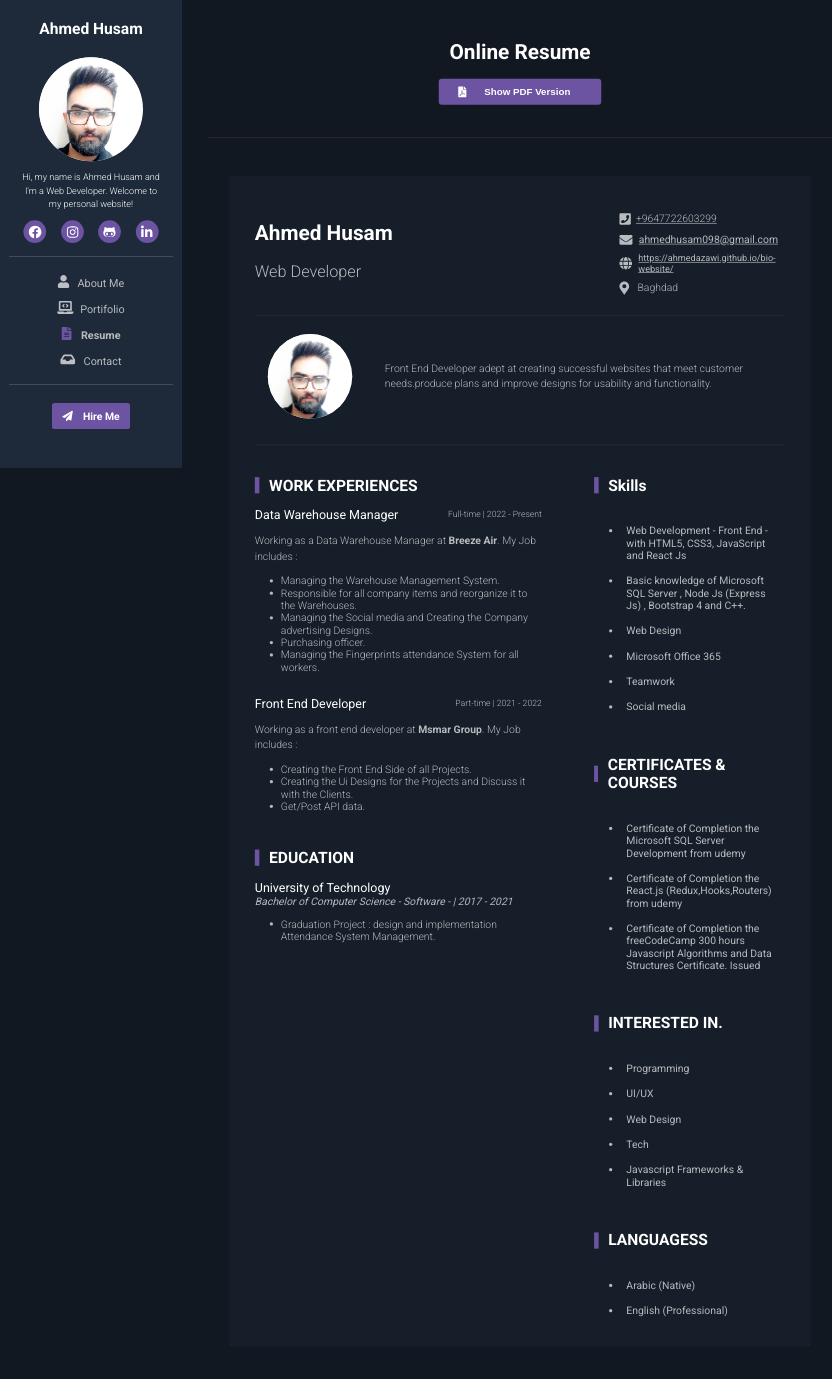
Repository: ahmedazawi/bio-website
Page: /bio-website/resume
The author's editor kept a copy of each file at every save. The page is drawn from the files as they stood at one save, then again after the next save.
The browser window is 1280 px wide. The pictures show the whole page, at 65% of full size.
The project was rebuilt for these pictures with package versions that can differ from the ones it lists, and the page was loaded fresh each time. Also part of the build but not shown: src/assets/css/routes-files/about-me.css, src/components/home/Head.js, src/assets/css/routes-files/cards.css, src/components/home/Card.js, src/components/home/Cards.js, src/components/home/PojectsCard.js, src/components/home/Projects.js, src/views/AboutMe.js and 2 more.

Above is the page before, as saved 2022-08-05 11:46:10.

### public/index.html
<!DOCTYPE html>
<html lang="en">

<head>
  <meta charset="utf-8" />
  <link rel="icon" href="%PUBLIC_URL%/favicon.ico" />
  <!-- <meta name="viewport" content="width=device-width, initial-scale=1" /> -->
  <meta name="viewport" content="width=device-width">
  <meta name="theme-color" content="#000000" />
  <meta name="description" content="Web site created using create-react-app" />
  <link href="https://fonts.googleapis.com/css?family=Roboto:300,400,500,700" rel="stylesheet">
  <!--
      manifest.json provides metadata used when your web app is installed on a
      user's mobile device or desktop. See https://developers.google.com/web/fundamentals/web-app-manifest/
    -->
  <link rel="manifest" href="%PUBLIC_URL%/manifest.json" />
  <!--
      Notice the use of %PUBLIC_URL% in the tags above.
      It will be replaced with the URL of the `public` folder during the build.
      Only files inside the `public` folder can be referenced from the HTML.

      Unlike "/favicon.ico" or "favicon.ico", "%PUBLIC_URL%/favicon.ico" will
      work correctly both with client-side routing and a non-root public URL.
      Learn how to configure a non-root public URL by running `npm run build`.
    -->

  <title>Bio</title>
</head>

<body>
  <noscript>You need to enable JavaScript to run this app.</noscript>
  <div id="root"></div>
  <!--
      This HTML file is a template.
      If you open it directly in the browser, you will see an empty page.

      You can add webfonts, meta tags, or analytics to this file.
      The build step will place the bundled scripts into the <body> tag.

      To begin the development, run `npm start` or `yarn start`.
      To create a production bundle, use `npm run build` or `yarn build`.
    -->

</body>

</html>

### src/App.js
import "./assets/css/App.css";
import Sidebar from "./components/Sidebar";
import AboutMe from "./views/AboutMe";
import Resume from "./views/Resume";
import Portifolio from "./views/Portifolio";
import Contact from "./views/Contact";
import { BrowserRouter, Switch, Route } from "react-router-dom";

function App() {
  return (
    <div className="app">
      <BrowserRouter basename="/bio-website">
        <Sidebar />
        <div className="side-line">
          <Switch>
            <Route exact path="/" component={AboutMe} />
            <Route path="/resume" component={Resume} />
            <Route path="/portifolio" component={Portifolio} />
            <Route path="/contact" component={Contact} />
          </Switch>
        </div>
      </BrowserRouter>
    </div>
  );
}

export default App;

### src/assets/css/App.css
body {
  margin: 0;
  background: rgba(17, 24, 33);
  color: white;
  font-family: "Roboto";
  /* height: 100%; */
}
.app {
  display: flex;
  flex-direction: row;
  justify-content: flex-start;
}
.side-line {
  margin-left: 320px;
  width: 100%;
}
@media only screen and (max-width: 768px) {
  .app {
    flex-direction: column;
  }
  .side-line {
    margin-left: 0;
  }
}
.primary-btn {
  display: flex;
  flex-direction: row;
  border: none;
  color: rgba(255, 255, 255);
  cursor: pointer;
  width: 180px;
  height: 40px;
  background-color: rgb(108, 84, 162);
  justify-content: center;
  align-items: center;
  border-radius: 5px;
  font-weight: 300;
  transition: all 0.5s;
}
.primary-btn > span {
  margin-left: 10px;
  font-weight: bold;
  font-style: normal;
  font-size: 15px;
}
.primary-btn:hover {
  background-color: rgba(108, 84, 162, 0.8);
  transition: all 0.5s;
}
.secondary-btn {
  display: flex;
  flex-direction: row;
  border: none;
  color: rgba(255, 255, 255);
  cursor: pointer;
  width: 180px;
  height: 40px;
  background-color: rgb(48, 68, 91, 0.6);
  justify-content: center;
  align-items: center;
  border-radius: 5px;
  font-weight: 300;
  transition: all 0.5s;
}
.secondary-btn > span {
  margin-left: 10px;
  font-weight: bold;
  font-style: normal;
  font-size: 15px;
}
.secondary-btn:hover {
  background-color: rgb(48, 68, 91, 1);
  transition: all 0.5s;
}
/* ----------- portifolio & Contact page  ------------*/
.portifolio-header {
  display: flex;
  flex-direction: column;
  align-items: center;
  width: 100%;
}
.portifolio-header > h1 {
  margin-top: 60px;
}
.portifolio-header > p,
span {
  text-align: center;
  width: 70%;
  line-height: 1.5em;
  font-weight: lighter;
  color: rgb(184, 186, 189);
  margin: 0;
}
.portifolio-header > p > a {
  color: rgb(108, 84, 162);
  text-decoration: none;
  font-size: 18px;
}
.portifolio-header > p > a:hover {
  text-decoration: underline;
}
.portifolio-header .contact-icons {
  display: flex;
  flex-direction: row;
  flex-wrap: wrap;
  justify-content: space-between;
  width: 250px;
}
/* ----------------- */
/* ------------ resume page ------------ */
.resume {
  display: flex;
  flex-direction: column;
  align-items: center;
  justify-content: center;
  background-color: rgb(21, 30, 41);
  width: 85%;
  height: 100%;
  padding: 20px 40px;
  margin: 50px 0;
  border-radius: 5px;
}
.resume-head {
  display: flex;
  flex-direction: row;
  justify-content: flex-start;
  align-items: center;
  width: 100%;
}
.resume-head div:first-of-type {
  width: 80%;
}
.resume-head .resume-contact {
  margin-top: 25px;
  padding: 5px;
  display: flex;
  flex-direction: column;
  align-items: flex-start;
  color: rgb(185, 188, 191);
}

.resume-head .resume-contact > div {
  display: flex;
  flex-direction: row;
  align-items: center;
  padding: 5px 0;
  border-left: 1px solid rgb(30, 30, 43);
}
.resume-introduction {
  display: flex;
  flex-direction: row;
  align-items: center;
  padding: 20px;
}
.resume-intro-p {
  margin-left: 50px;
}
.resume-intro-p p {
  line-height: 1.5em;
  font-weight: lighter;
  color: rgb(184, 186, 189);
}

.resume-description {
  display: flex;
  flex-direction: row;
  justify-content: flex-start;
  width: 100%;
}

.resume-description p,
small {
  line-height: 1.5em;
  font-weight: lighter;
  color: rgb(184, 186, 189);
}
.resume-description big {
  color: white;
}
.resume-section-one {
  width: 60%;
  display: flex;
  flex-direction: column;
}
.resume-section-two {
  width: 40%;
  margin-left: 80px;
}
.resume-title {
  display: flex;
  flex-direction: row;
  align-items: center;
  margin-top: 20px;
}
.resume-title > div {
  width: 7px;
  height: 25px;
  background-color: rgb(108, 84, 162);
  margin-right: 15px;
}
.resume-inside-title {
  display: flex;
  flex-direction: row;
  align-items: center;
  justify-content: space-between;
}
.section-two-divs {
  display: flex;
  flex-direction: column;
  justify-content: flex-start;
  color: rgb(184, 186, 189);
}
.section-two-divs > ul > li {
  padding: 10px;
}
@media only screen and (max-width: 1060px) {
  .resume-description {
    flex-direction: column;
  }
  .resume-section-one {
    width: 100%;
    display: flex;
    flex-direction: column;
  }
  .resume-section-two {
    width: 100%;
    margin-left: 0;
  }
}
@media only screen and (max-width: 600px) {
  .resume {
    width: 70vw;
  }
  .resume-head {
    flex-direction: column;
    justify-content: center;
    align-items: flex-start;
    width: 100%;
  }
  .resume-introduction {
    flex-direction: column;
  }
  .resume-intro-p {
    margin-left: 0;
  }
  .resume-intro-p p {
    line-height: 1.5em;
    font-weight: lighter;
    color: rgb(184, 186, 189);
    text-align: center;
  }
}
@media only screen and (max-width: 300px) {
  .resume-contact > div {
    margin: 0;
    flex-wrap: wrap;
  }
  .resume-head {
    padding: 0;
  }
}

### src/views/Resume.js
import React from "react";
import Img from "../assets/images/20211023_173933.jpg";
import { FontAwesomeIcon } from "@fortawesome/react-fontawesome";
import {
  faFilePdf,
  faPhoneSquare,
  faEnvelope,
  faGlobe,
  faMapMarkerAlt,
} from "@fortawesome/free-solid-svg-icons";
const Resume = () => {
  return (
    <div
      style={{
        display: "flex",
        flexDirection: "column",
        alignItems: "center",
      }}
    >
      <div
        style={{
          display: "flex",
          flexDirection: "column",
          alignItems: "center",
          marginTop: "40px",
        }}
      >
        <h1>Online Resume</h1>
        <a
          href="https://drive.google.com/file/d/15pAaGeQzM7rIs7e_jr2EU6NALuMMxu7G/view?usp=sharing"
          style={{
            textDecoration: "none",
          }}
        >
          <button
            style={{ width: "250px", color: "white" }}
            className="primary-btn"
          >
            <FontAwesomeIcon icon={faFilePdf} size="lg" />
            <span style={{ color: "white" }}>Show PDF Version</span>
          </button>
        </a>
      </div>
      <hr
        style={{
          width: "100%",
          marginTop: "50px",
          border: "none",
          height: "1px",
          backgroundColor: "rgb(49, 48, 48)",
        }}
      />

      {/* -------------- */}
      <div className="resume">
        <div className="resume-head">
          <div>
            <h1>Ahmed Husam</h1>
            <span style={{ fontSize: "25px" }}>Web Developer</span>
          </div>
          <div className="resume-contact">
            <div>
              <FontAwesomeIcon icon={faPhoneSquare} size="lg" />
              <span style={{ textDecoration: "underline" }}>
                +9647722603299
              </span>
            </div>
            <div>
              <FontAwesomeIcon
                icon={faEnvelope}
                style={{ marginRight: "10px" }}
                size="lg"
              />
              <a
                href="mailto:ahmedhusam098@gmail.com"
                style={{ color: "rgb(184,186,189)" }}
              >
                ahmedhusam098@gmail.com
              </a>
            </div>
            <div>
              <FontAwesomeIcon
                icon={faGlobe}
                style={{ marginRight: "10px" }}
                size="lg"
              />
              <a
                href="https://ahmedazawi.github.io/bio-website/"
                style={{ color: "rgb(184,186,189)", fontSize: "14px" }}
              >
                https://ahmedazawi.github.io/bio-website/
              </a>
            </div>
            <div>
              <FontAwesomeIcon
                icon={faMapMarkerAlt}
                style={{ marginRight: "13px" }}
                size="lg"
              />
              <span style={{ color: "rgb(184,186,189)", marginLeft: "0" }}>
                Baghdad
              </span>
            </div>
          </div>
        </div>

        {/* -------- */}
        <hr
          style={{
            width: "100%",
            marginTop: "20px",
            border: "none",
            height: "1px",
            backgroundColor: "rgb(49, 48, 48)",
          }}
        />

        <div className="resume-introduction">
          <div>
            <div
              style={{ width: "130px", height: "130px" }}
              className="circle-img"
            >
              <img src={Img} alt="Portifolio-img" />
            </div>
          </div>
          <div className="resume-intro-p">
            <p>
              Front End Developer adept at creating successful websites that
              meet customer needs.produce plans and improve designs for
              usability and functionality.
            </p>
          </div>
        </div>
        <hr
          style={{
            width: "100%",
            marginTop: "20px",
            border: "none",
            height: "1px",
            backgroundColor: "rgb(49, 48, 48)",
          }}
        />

        <div className="resume-description">
          <div className="resume-section-one">
            <div className="resume-title">
              <div></div>
              <h2>WORK EXPERIENCES</h2>
            </div>
            <div>
              <div className="resume-inside-title">
                <big>Data Warehouse Manager</big>
                <small>Full-time | 2022 - Present</small>
              </div>
              <p>
                Working as a Data Warehouse Manager at <b>Breeze Air</b>. My Job
                includes :
              </p>
              <ul
                style={{
                  fontWeight: "lighter",
                  color: "rgb(184, 186, 189) ",
                }}
              >
                <li>Managing the Warehouse Management System.</li>
                <li>
                  Responsible for all company items and reorganize it to the
                  Warehouses.
                </li>
                <li>
                  Managing the Social media and Creating the Company advertising
                  Designs.
                </li>
                <li>Purchasing officer.</li>
                <li>
                  Managing the Fingerprints attendance System for all workers.
                </li>
              </ul>
            </div>
            <br />
            <div>
              <div className="resume-inside-title">
                <big>Front End Developer</big>
                <small>Part-time | 2021 - 2022</small>
              </div>
              <p>
                Working as a front end developer at <b>Msmar Group</b>. My Job
                includes :
              </p>
              <ul
                style={{
                  fontWeight: "lighter",
                  color: "rgb(184, 186, 189) ",
                }}
              >
                <li>Creating the Front End Side of all Projects.</li>
                <li>
                  Creating the Ui Designs for the Projects and Discuss it with
                  the Clients.
                </li>
                <li>Get/Post API data.</li>
              </ul>
            </div>
            <div className="resume-title">
              <div></div>
              <h2>EDUCATION</h2>
            </div>
            <div>
              <big style={{ marginBottom: "20px" }}>
                University of Technology
              </big>
              <br />
              <i style={{ color: "rgb(184,186,189)" }}>
                Bachelor of Computer Science - Software - | 2017 - 2021
              </i>
              <ul
                style={{
                  fontWeight: "lighter",
                  color: "rgb(184, 186, 189) ",
                }}
              >
                <li>
                  Graduation Project : design and implementation Attendance
                  System Management.
                </li>
              </ul>
            </div>
          </div>

          <div className="resume-section-two">
            <div className="resume-title">
              <div></div>
              <h2>Skills</h2>
            </div>
            <div className="section-two-divs">
              <ul>
                <li>
                  Web Development - Front End - with HTML5, CSS3, JavaScript and
                  React Js
                </li>
                <li>
                  Basic knowledge of Microsoft SQL Server , Node Js (Express Js)
                  , Bootstrap 4 and C++.
                </li>
                <li>Web Design</li>
                <li>Microsoft Office 365</li>
                <li>Teamwork</li>
                <li>Social media</li>
              </ul>
            </div>
            <div className="resume-title">
              <div></div>
              <h2>CERTIFICATES & COURSES</h2>
            </div>
            <div className="section-two-divs">
              <ul>
                <li>
                  Certificate of Completion the Microsoft SQL Server Development
                  from udemy
                </li>
                <li>
                  Certificate of Completion the React.js (Redux,Hooks,Routers)
                  from udemy
                </li>
                <li>
                  Certificate of Completion the freeCodeCamp 300 hours
                  Javascript Algorithms and Data Structures Certificate. Issued
                </li>
              </ul>
            </div>
            <div className="resume-title">
              <div></div>
              <h2>INTERESTED IN.</h2>
            </div>
            <div className="section-two-divs">
              <ul>
                <li>Programming</li>
                <li>UI/UX</li>
                <li>Web Design</li>
                <li>Tech</li>
                <li>Javascript Frameworks & Libraries</li>
              </ul>
            </div>
            <div className="resume-title">
              <div></div>
              <h2>LANGUAGESS</h2>
            </div>
            <div className="section-two-divs">
              <ul>
                <li>Arabic (Native)</li>
                <li>English (Professional)</li>
              </ul>
            </div>
          </div>
        </div>
      </div>
    </div>
  );
};

export default Resume;

### src/assets/css/sidebar.css
.sidebar {
  display: flex;
  flex-direction: column;
  align-items: center;
  position: fixed;
  width: 280px;
  height: 100%;
  background-color: rgba(30, 42, 58);
}
.navbar {
  background-color: rgba(30, 42, 58);
  min-width: 100%;
  height: 50px;
  /* top: -100px; */
  display: none;
  justify-content: flex-end;
  align-items: center;
  z-index: 3;
}
.section-one {
  display: flex;
  flex-direction: column;
  align-items: center;
}

.circle-img {
  width: 160px;
  height: 160px;
  border-radius: 50%;
  overflow: hidden;
  background-color: white;
  /* border: 1px solid rgba(108, 84, 162); */
}
.circle-img > img {
  width: 90%;
}
.section-one > p {
  text-align: center;
  font-weight: lighter;
  line-height: 1.5;
  font-size: 14px;
  width: 80%;
}
.social-circles {
  display: flex;
  flex-direction: row;
  justify-content: space-evenly;
  width: 90%;
}
.social-circles > div {
  width: 35px;
  height: 35px;
  border-radius: 50%;
  overflow: hidden;
  background: rgb(108, 84, 162);
  display: flex;
  justify-content: center;
  align-items: center;
}

.section-two {
  display: flex;
  flex-direction: column;
  align-items: center;
  width: 200px;
  margin-top: 20px;
}
.section-nav-link {
  text-decoration: none;
  color: rgb(188, 192, 196);
  transition: all 0.3s;
  -webkit-transition: all 0.3s;
  -moz-transition: all 0.3s;
  -ms-transition: all 0.3s;
  -o-transition: all 0.3s;
  font-weight: 600;
}
.section-nav-link:hover {
  color: white;
  transition: all 0.3s;
  -webkit-transition: all 0.3s;
  -moz-transition: all 0.3s;
  -ms-transition: all 0.3s;
  -o-transition: all 0.3s;
}
.nav-link {
  display: flex;
  flex-direction: row;
  /* align-items: center; */
  width: auto;
  height: 40px;
  font-size: 20px;
  /* margin-left: 15px; */
}

.nav-link > small {
  margin-left: 10px;
}
.hamburger {
  display: none;
  margin-right: 30px;
}

.bar {
  display: block;
  width: 25px;
  height: 3px;
  margin: 5px auto;
  -webkit-transition: all 0.3s ease-in-out;
  -moz-transition: all 0.3s ease-in-out;
  -ms-transition: all 0.3s ease-in-out;
  -o-transition: all 0.3s ease-in-out;
  transition: all 0.3s ease-in-out;
  background-color: white;
}

.bar-active {
  /* top: 0; */
  display: flex;
}
@media only screen and (max-width: 768px) {
  .sidebar {
    position: absolute;
    opacity: 0;
    -webkit-opacity: 0;
    flex-direction: column;
    width: 100%;
    height: 100%;
    border-bottom-right-radius: 10px;
    border-bottom-left-radius: 10px;
    transition: all 0.6s;
    -webkit-transition: all 0.3s;
    -moz-transition: all 0.3s;
    -ms-transition: all 0.3s;
    -o-transition: all 0.3s;
    text-align: center;
    box-shadow: 0 10px 27px rgba(0, 0, 0, 0.05);
    overflow: scroll;
    z-index: 1;
  }
  .sidebar-2 {
    top: -100%;
  }
  .sidebar.active {
    top: 0;
    transition: all 0.5s;
    opacity: 1;
    -webkit-opacity: 1;
    height: 100%;
  }
  .sidebar.active-2 {
    position: relative;
  }
  .hamburger {
    display: block;
    cursor: pointer;
  }

  .hamburger.active .bar:nth-child(2) {
    opacity: 0;
    -webkit-opacity: 0;
  }

  .hamburger.active .bar:nth-child(1) {
    transform: translateY(8px) rotate(45deg);
  }

  .hamburger.active .bar:nth-child(3) {
    transform: translateY(-8px) rotate(-45deg);
  }
  .navbar {
    display: flex;
    width: 100%;
  }
}

Loaded but not shown: src/index.js (common file); src/components/Sidebar.js (254 lines, source omitted)

After the next save:
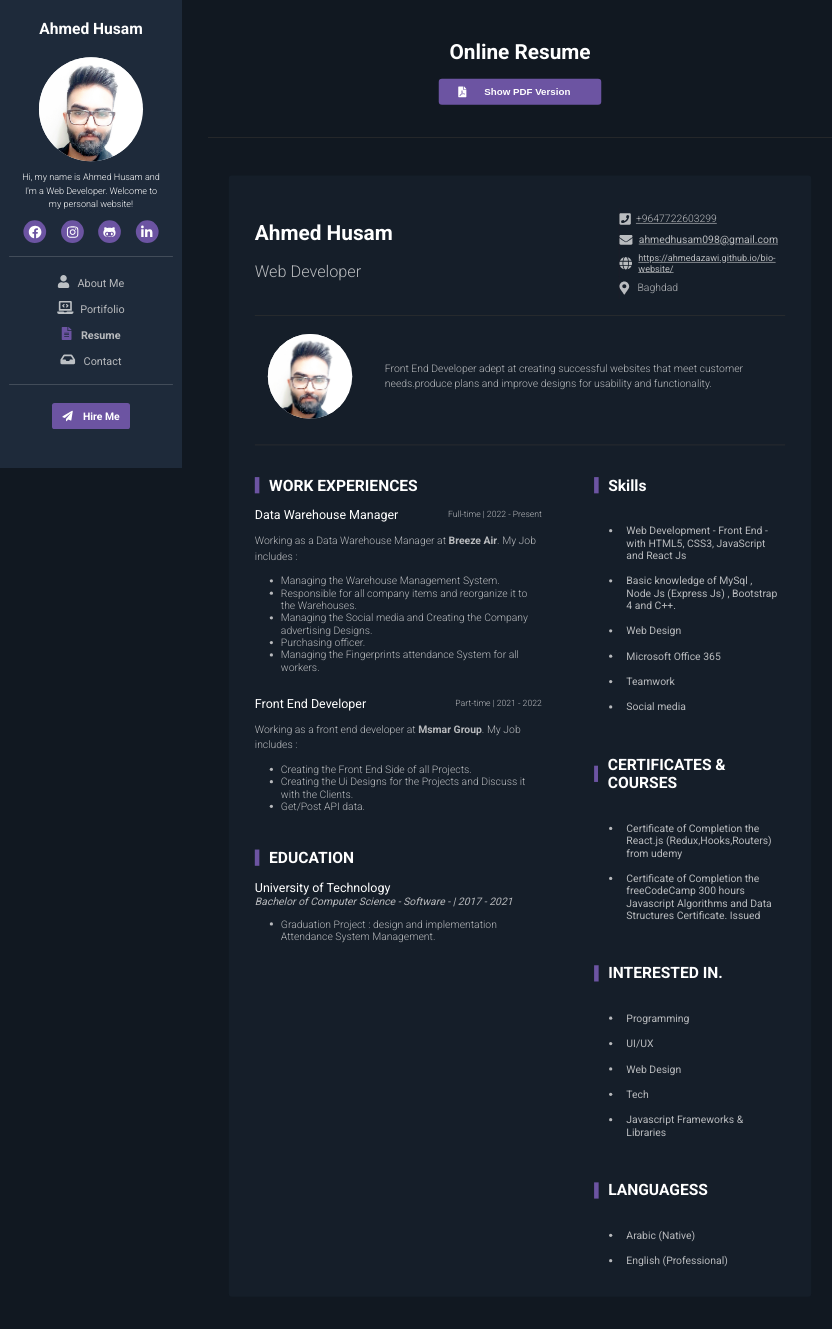
Saved 2 min 8 s later.
--- a/src/views/Resume.js
+++ b/src/views/Resume.js
@@ -240,8 +240,8 @@ const Resume = () => {
                   React Js
                 </li>
                 <li>
-                  Basic knowledge of Microsoft SQL Server , Node Js (Express Js)
-                  , Bootstrap 4 and C++.
+                  Basic knowledge of MySql , Node Js (Express Js) , Bootstrap 4
+                  and C++.
                 </li>
                 <li>Web Design</li>
                 <li>Microsoft Office 365</li>
@@ -255,10 +255,6 @@ const Resume = () => {
             </div>
             <div className="section-two-divs">
               <ul>
-                <li>
-                  Certificate of Completion the Microsoft SQL Server Development
-                  from udemy
-                </li>
                 <li>
                   Certificate of Completion the React.js (Redux,Hooks,Routers)
                   from udemy
